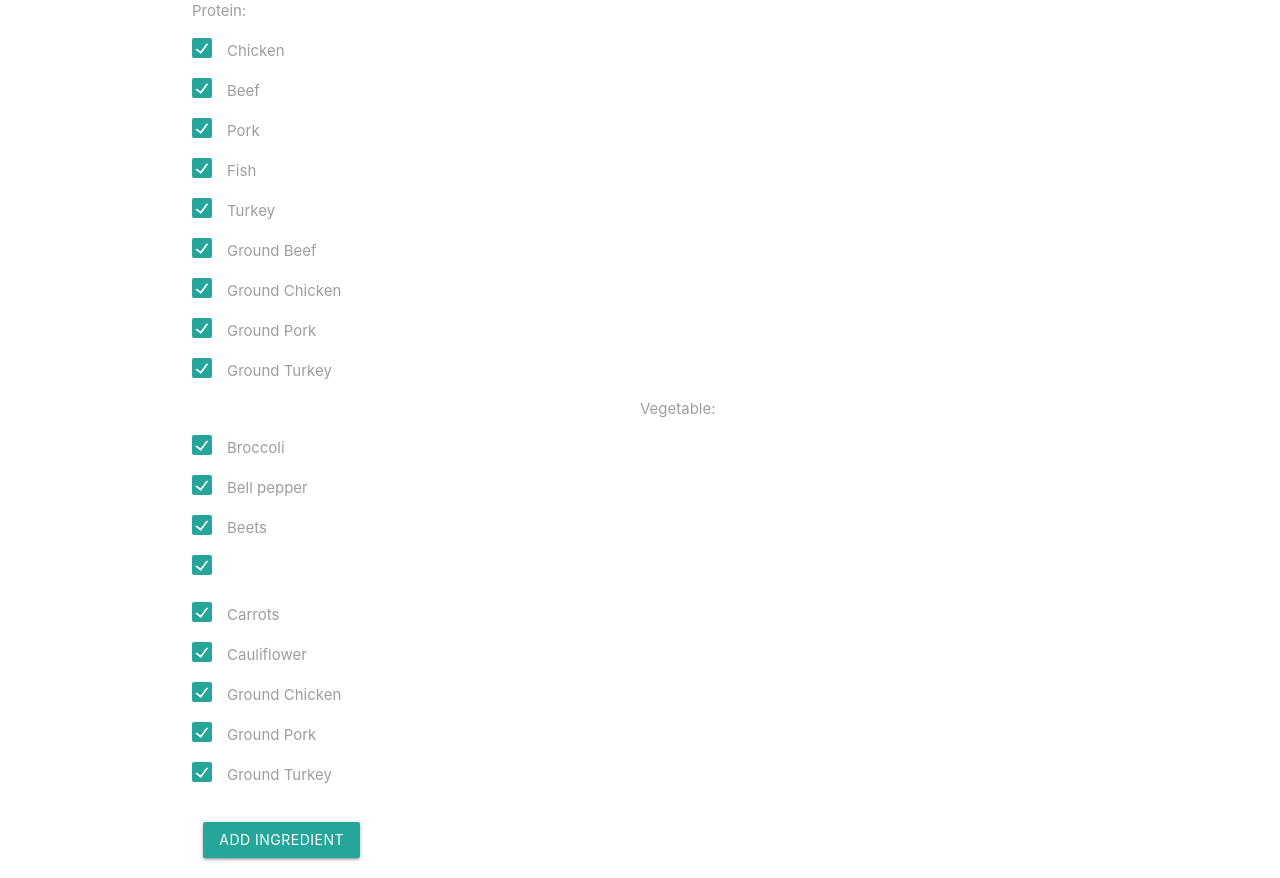
Repository: Aaron-R-Carter/Project1
Page: prototype.html
An editor plug-in stored every save of this project. The page is shown before and after the next save, followed by the edit.
The browser window is 1280 px wide. The pictures show the whole page.

Above is the page before, as saved 2019-10-31 23:36:58.
Console error: SyntaxError: Unexpected token '<'

### prototype.html
<!DOCTYPE html>
<html>

<head>
    <!--Import Google Icon Font-->
    <link href="https://fonts.googleapis.com/icon?family=Material+Icons" rel="stylesheet">
    <!--Import materialize.css-->
    <link rel="stylesheet" href="https://cdnjs.cloudflare.com/ajax/libs/materialize/1.0.0/css/materialize.min.css">
    <link rel="stylesheet" href="./prototype.css">
    <!--Let browser know website is optimized for mobile-->
    <meta name="viewport" content="width=device-width, initial-scale=1.0" />

</head>

<body>

    <div class="container">
        <div id="check-box" class="row">
            <div class="protein-col m3">

                <form action="#">
                    <label type="text" class="label">Protein:</label>
                    <p>
                        <label>
                            <input type="checkbox" class="filled-in" checked="checked" />
                            <span>Chicken</span>
                        </label>
                    </p>
                    <p>
                        <label>
                            <input type="checkbox" class="filled-in" checked="checked" />
                            <span>Beef</span>
                        </label>
                    </p>
                    <p>
                        <label>
                            <input type="checkbox" class="filled-in" checked="checked" />
                            <span>Pork</span>
                        </label>
                    </p>
                    <p>
                        <label>
                            <input type="checkbox" class="filled-in" checked="checked" />
                            <span>Fish</span>
                        </label>
                    </p>
                    <p>
                        <label>
                            <input type="checkbox" class="filled-in" checked="checked" />
                            <span>Turkey</span>
                        </label>
                    </p>
                    <p>
                        <label>
                            <input type="checkbox" class="filled-in" checked="checked" />
                            <span>Ground Beef</span>
                        </label>
                    </p>
                    <p>
                        <label>
                            <input type="checkbox" class="filled-in" checked="checked" />
                            <span>Ground Chicken</span>
                        </label>
                    </p>
                    <p>
                        <label>
                            <input type="checkbox" class="filled-in" checked="checked" />
                            <span>Ground Pork</span>
                        </label>
                    </p>
                    <p>
                        <label>
                            <input type="checkbox" class="filled-in" checked="checked" />
                            <span>Ground Turkey</span>
                        </label>
                    </p>

                    <div class="vegetable col m6"></div>

                    <form action="#">
                            <label type="text" class="label">Vegetable:</label>
                            <p>
                                <label>
                                    <input type="checkbox" class="filled-in" checked="checked" />
                                    <span>Broccoli</span>
                                </label>
                            </p>
                            <p>
                                <label>
                                    <input type="checkbox" class="filled-in" checked="checked" />
                                    <span>Bell pepper</span>
                                </label>
                            </p>
                            <p>
                                <label>
                                    <input type="checkbox" class="filled-in" checked="checked" />
                                    <span>Beets</span>
                                </label>
                            </p>
                            <p>
                                <label>
                                    <input type="checkbox" class="filled-in" checked="checked" />
                                    <span></span>
                                </label>
                            </p>
                            <p>
                                <label>
                                    <input type="checkbox" class="filled-in" checked="checked" />
                                    <span>Carrots</span>
                                </label>
                            </p>
                            <p>
                                <label>
                                    <input type="checkbox" class="filled-in" checked="checked" />
                                    <span>Cauliflower</span>
                                </label>
                            </p>
                            <p>
                                <label>
                                    <input type="checkbox" class="filled-in" checked="checked" />
                                    <span>Ground Chicken</span>
                                </label>
                            </p>
                            <p>
                                <label>
                                    <input type="checkbox" class="filled-in" checked="checked" />
                                    <span>Ground Pork</span>
                                </label>
                            </p>
                            <p>
                                <label>
                                    <input type="checkbox" class="filled-in" checked="checked" />
                                    <span>Ground Turkey</span>
                                </label>
                            </p>
                </form>
            </div>


        </div>
        <form id="ingredient-add-btn" class="row">

            <!-- Button will trigger new ingredient to be added -->
            <div class="col s 12">
                <input id="add " class="btn btn-primary mb-2" type="submit" value="add ingredient">
            </div>
        </form>


        <div id="ingredient-view-button"></div>

    </div>



    <script src="https://code.jquery.com/jquery-3.4.1.min.js"
        integrity="sha256-CSXorXvZcTkaix6Yvo6HppcZGetbYMGWSFlBw8HfCJo=" crossorigin="anonymous"></script>
    <script src="https://cdnjs.cloudflare.com/ajax/libs/materialize/1.0.0/js/materialize.min.js"></script>
    <script src="./script.js"></script>

</body>

</html>

### prototype.css
#form-page {
    width: 100%;

    border: 2px solid black;
}
.label {
    font-size: 15px;
}
.input-field col m6{
   float:left;
}

### script.js

    <div id="left-box">
    <form id="ingredient-form">
        <label for="ingredient-input">List of Ingredients:</label>
        <br>
        <input type="text" id="ingredient-input" placeholder="Ingredients">

        <!-- Button will trigger new ingredients to be added -->
        <input id="add " class="btn btn-primary mb-2" type="submit" value="Add a zipcode">
    </form>

    <div id="zipcode-view"></div>
</div>

After the next save:
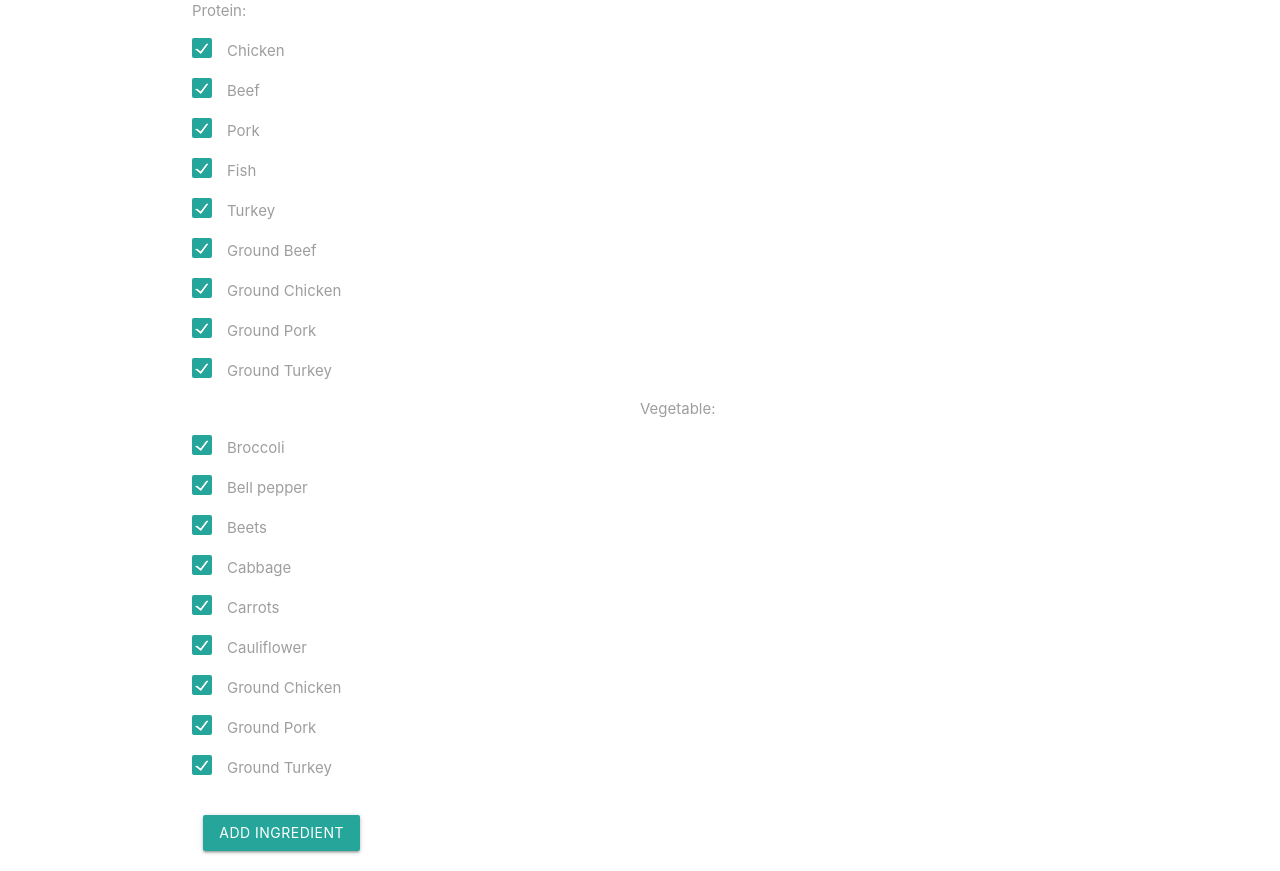
Saved 5 s later.
--- a/prototype.html
+++ b/prototype.html
@@ -100,7 +100,7 @@
                             <p>
                                 <label>
                                     <input type="checkbox" class="filled-in" checked="checked" />
-                                    <span></span>
+                                    <span>Cabbage</span>
                                 </label>
                             </p>
                             <p>
